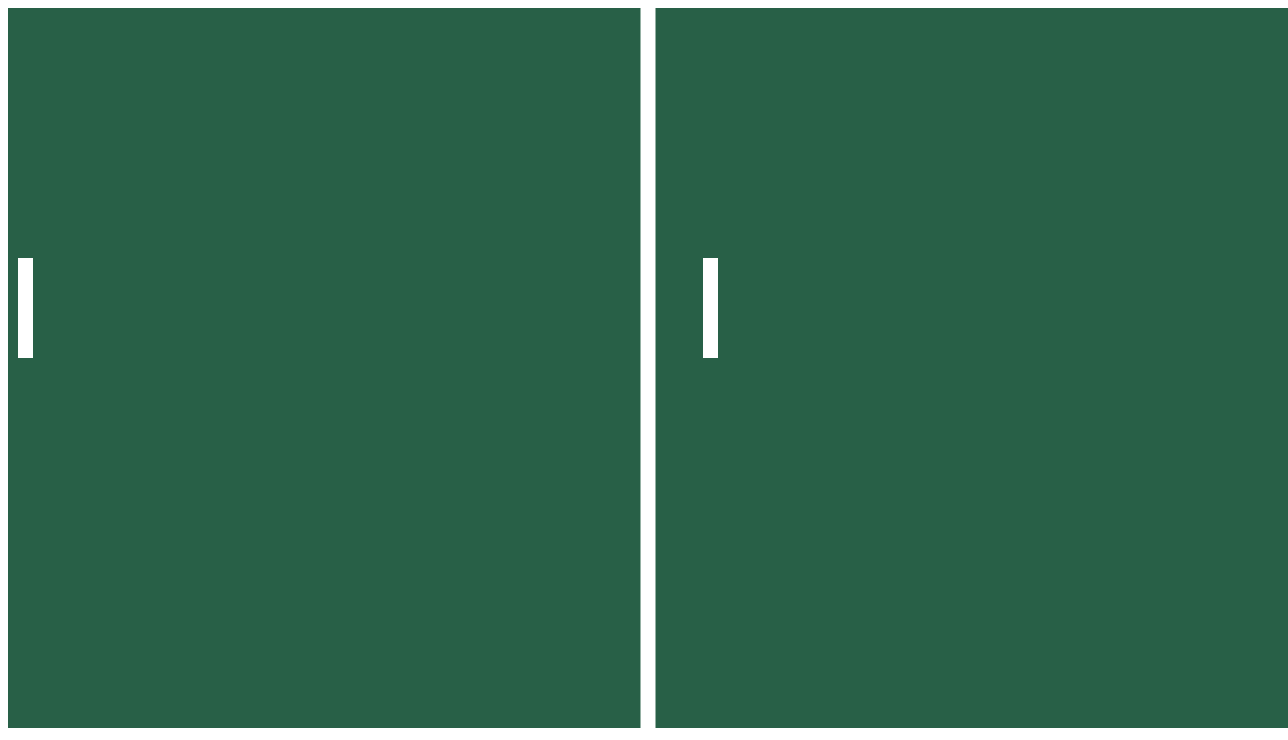
Repository: luizgaivaa/Game
Page: index.html
These files come from the project's save history. The page is drawn as it stood at one moment and after the next save; the edit follows.
The browser window is 1280 px wide. The page is 1288 px wide, so the pictures cover 1288 px, including what lies to the right of the window. The pictures show the whole page.

Above is the page before, as saved 2024-03-26 16:18:13.

### index.html
<!DOCTYPE html>
<html lang="en">
<head>
    <meta charset="UTF-8">
    <meta name="viewport" content="width=device-width, initial-scale=1.0">
    <title>Ping_pong</title>
</head>
<body>
    <canvas></canvas>
        <script>
               const canvasEl = document.querySelector("canvas")
        const canvasCtx = canvasEl.getContext("2d")

        const lineWidth = 15
        function setup(){
            canvasEl.width = canvasCtx.width = window.innerWidth
            canvasEl.height = canvasCtx.height = window.innerHeight
        }

        function draw (){
            canvasCtx.fillStyle = "#286047"
            canvasCtx.fillRect(0,0, window.innerWidth, window.innerHeight)

            canvasCtx.fillStyle = "#ffffff"
            const x= window.innerWidth /2 - lineWidth /2
            const y = 0
            const w = lineWidth
            const h = window.innerHeight

            canvasCtx.fillRect(x,y,w,h)
            //raquete esquerda
            canvasCtx.fillRect(10,250,lineWidth,100)

            //raquete direita
            canvasCtx.fillRect(window.innerHeight - lineWidth - 10, 250, lineWidth, 100)


        }
        setup()
        draw()
        </script>


</body>
</html>

After the next save:
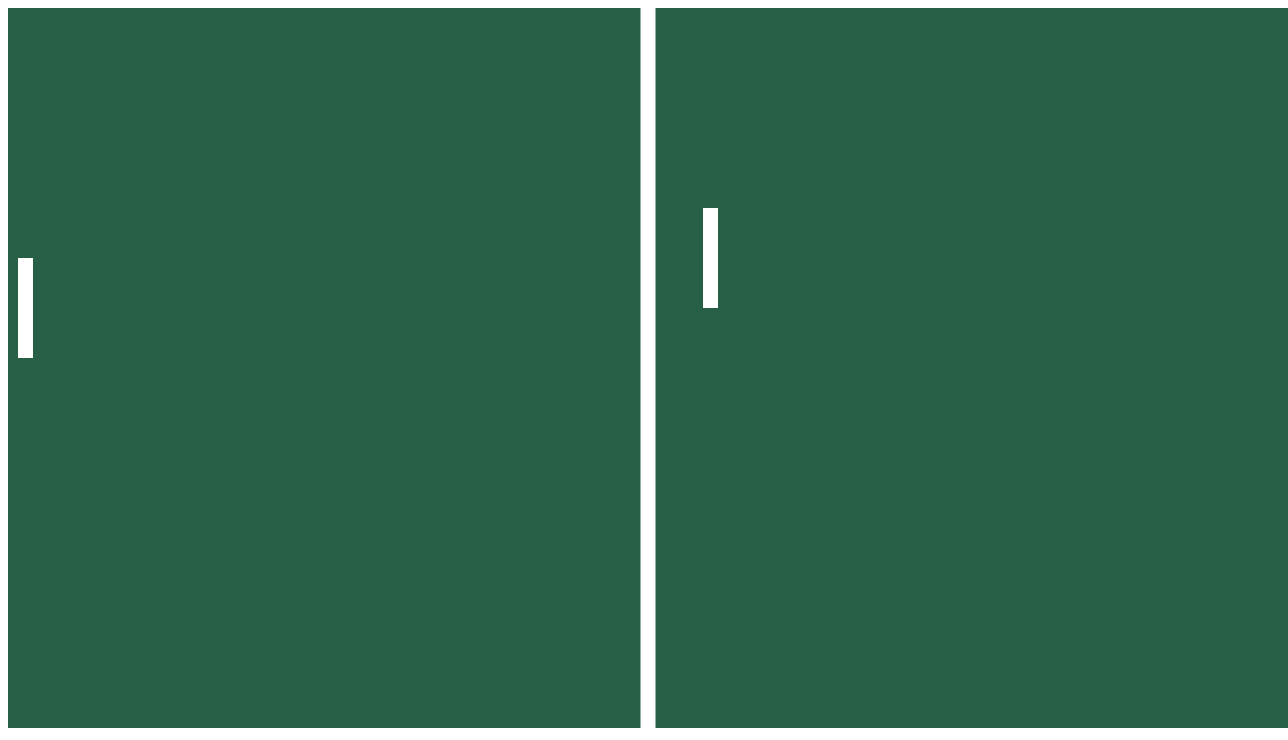
Saved 30 s later.
--- a/index.html
+++ b/index.html
@@ -32,7 +32,7 @@
             canvasCtx.fillRect(10,250,lineWidth,100)
 
             //raquete direita
-            canvasCtx.fillRect(window.innerHeight - lineWidth - 10, 250, lineWidth, 100)
+            canvasCtx.fillRect(window.innerHeight - lineWidth - 10, 200, lineWidth, 100)
 
 
         }
